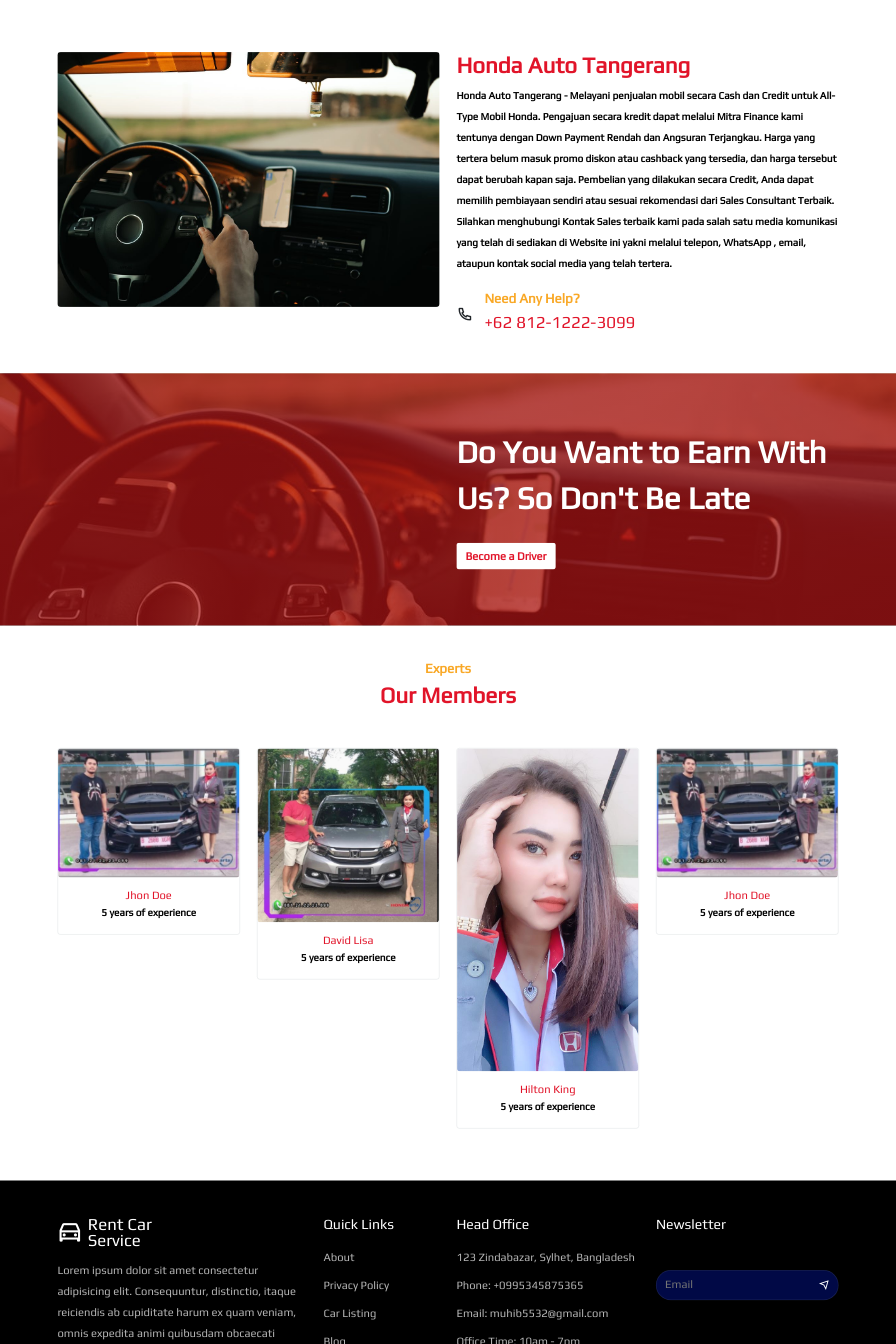
Repository: stevenxylver/Honda
Page: /about
These files come from the project's save history. The page is drawn as it stood at one moment and after the next save; the edit follows.
The browser window is 1280 px wide. The pictures show the part of the page from y = 789 to 2709 px (the page is 2870 px tall before and 2916 px after), at 70% of full size.
Pictures or frames that could not be fetched are drawn as grey boxes. The project was rebuilt for these pictures with package versions that can differ from the ones it lists, and the page was loaded fresh each time. Also part of the build but not shown: src/styles/hero-slider.css, src/components/UI/HeroSlider.jsx, src/components/UI/FindCarForm.jsx, src/styles/services-list.css, src/assets/data/serviceData.js, src/components/UI/ServicesList.jsx, src/components/UI/Example.jsx, src/assets/data/carData.js and 20 more.

Above is the page before, as saved 2022-11-20 11:18:58.

After the next save:
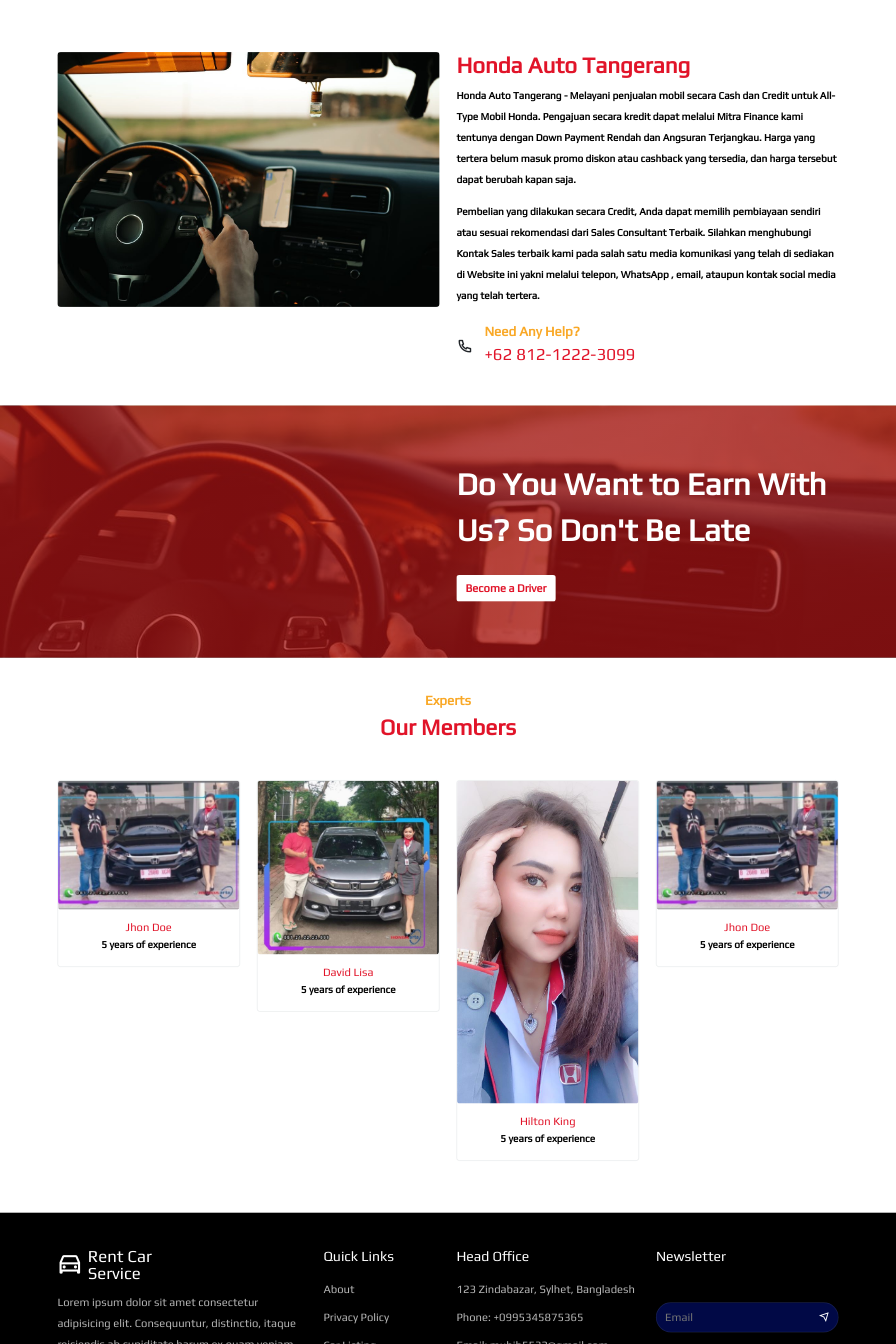
Saved 75 s later.
--- a/src/pages/About.jsx
+++ b/src/pages/About.jsx
@@ -33,7 +33,9 @@
 
                 <p className="section__description">
                 Honda Auto Tangerang - Melayani penjualan mobil secara Cash dan Credit untuk All-Type Mobil Honda. Pengajuan secara kredit dapat melalui Mitra Finance kami tentunya dengan Down Payment Rendah dan Angsuran Terjangkau. Harga yang tertera belum masuk promo diskon atau cashback yang tersedia, dan harga tersebut dapat berubah kapan saja.
+                </p>
 
+                <p className="section__description">
                 Pembelian yang dilakukan secara Credit, Anda dapat memilih pembiayaan sendiri atau sesuai rekomendasi dari Sales Consultant Terbaik. Silahkan menghubungi Kontak Sales terbaik kami pada salah satu media komunikasi yang telah di sediakan di Website ini yakni melalui telepon, WhatsApp , email, ataupun kontak social media yang telah tertera.
                 </p>
 
